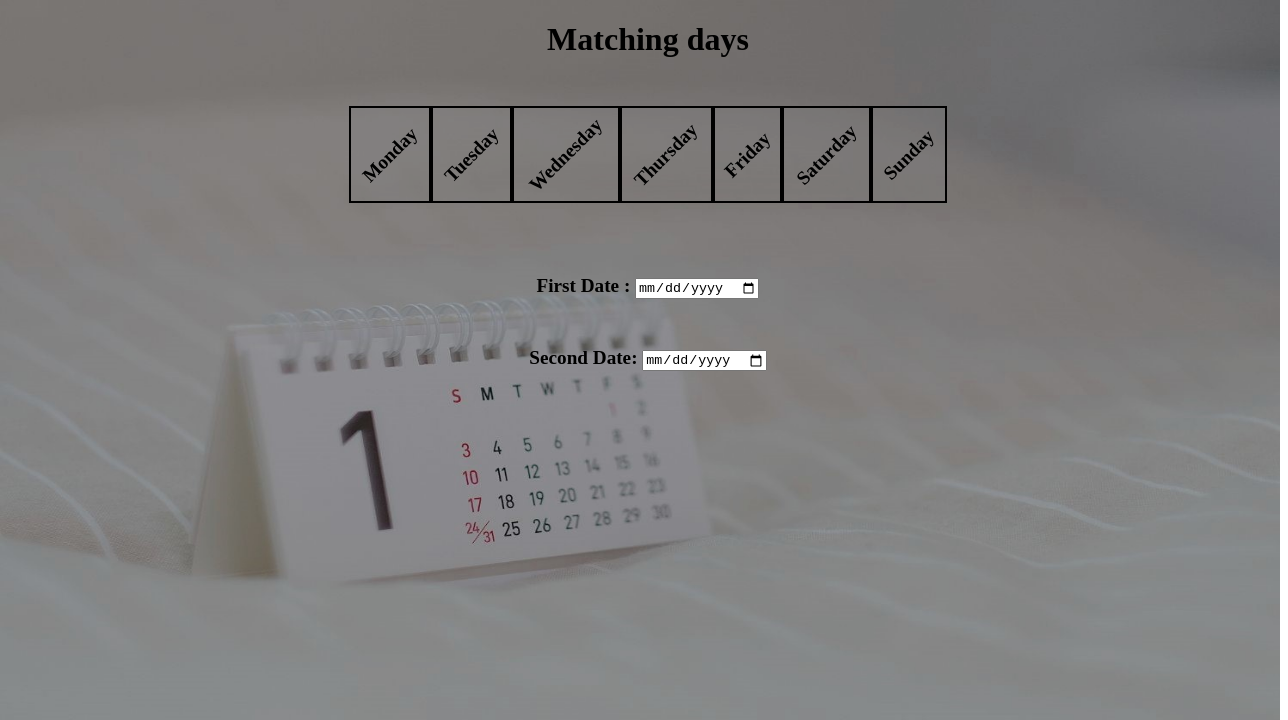
Repository: lasity34/matching-days
Page: index.html
An editor plug-in stored every save of this project. The page is shown before and after the next save, followed by the edit.
The browser window is 1280 px wide. The page is 1288 px wide, so the pictures cover 1288 px, including what lies to the right of the window. The pictures show the whole page.
Some web fonts or font styles are not loaded; a fallback is used. Some web libraries are served in a nearby version.

Above is the page before, as saved 2023-05-10 12:32:33.

After the next save:
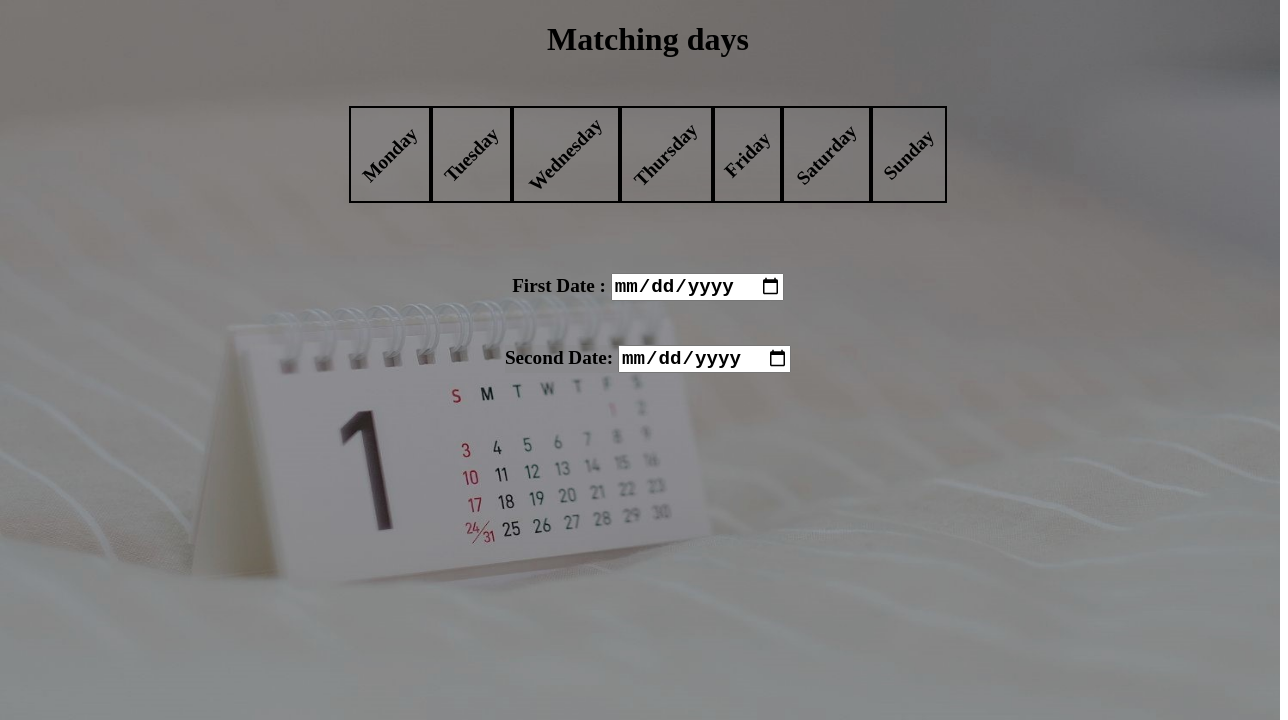
Saved 25 s later.
--- a/style.css
+++ b/style.css
@@ -43,3 +43,12 @@ h1 {
     height: 20vh;
     font-size: 1.2rem;
 }
+
+input {
+    font-size: 1.2rem;
+    font-weight: 700;
+}
+
+.input_box {
+    background-color: rgba(128, 128, 128, 0.3);
+}
